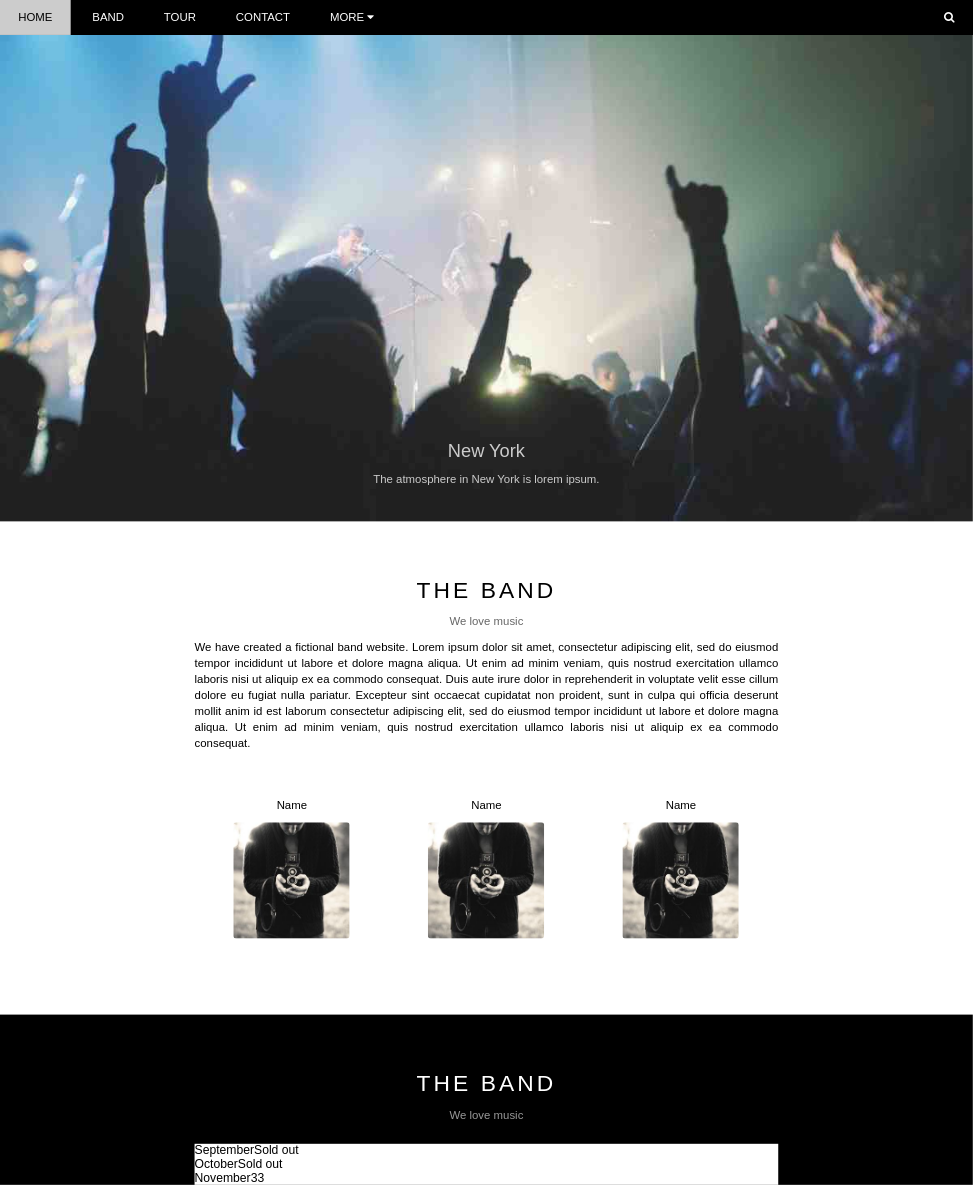
Repository: nguyenhoang2002062929/band
Page: index.html
An editor plug-in stored every save of this project. The page is shown before and after the next save, followed by the edit.
The browser window is 1280 px wide. The pictures show the whole page, at 76% of full size.

Above is the page before, as saved 2023-06-05 14:15:49.

After the next save:
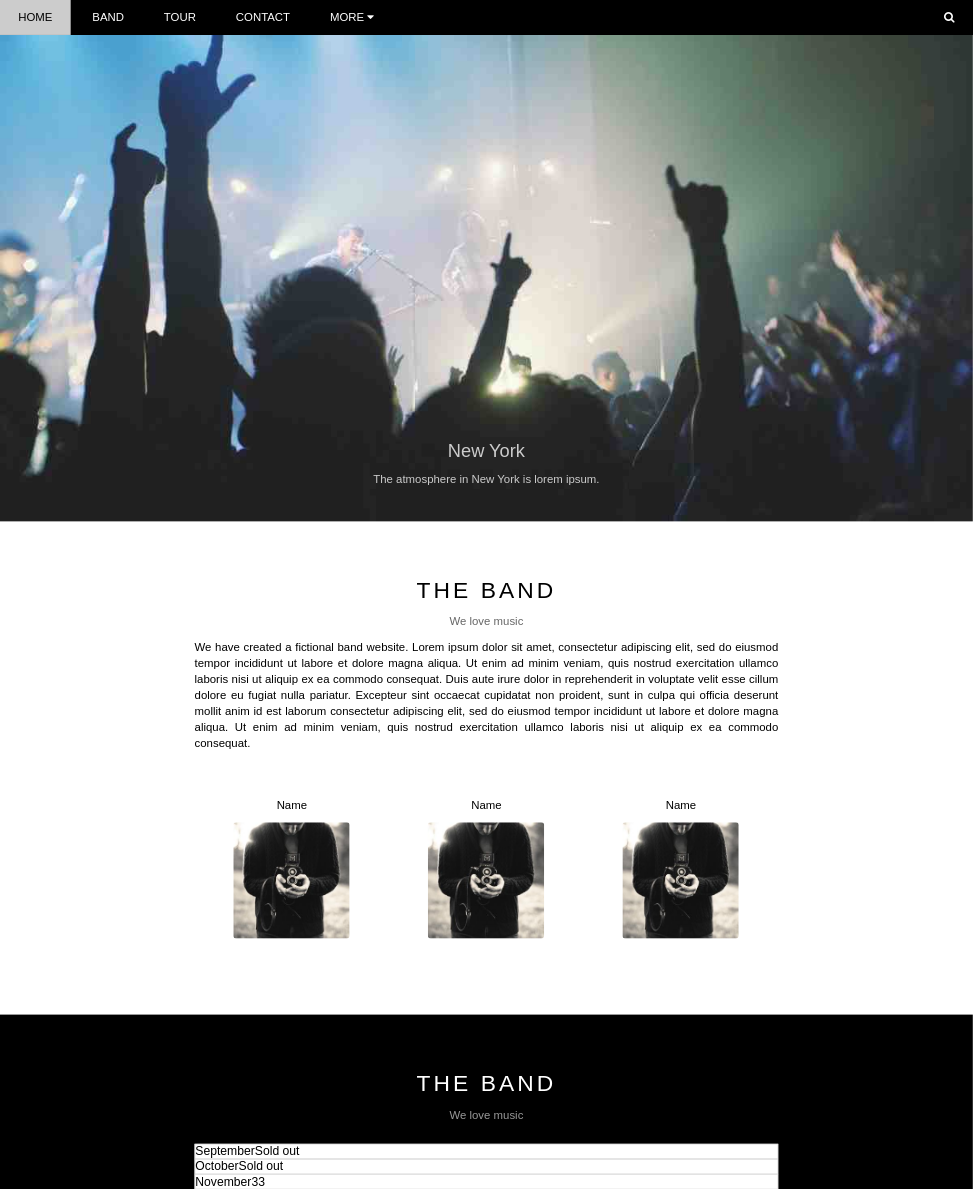
Saved 23 s later.
--- a/assets/css/style.css
+++ b/assets/css/style.css
@@ -156,3 +156,6 @@ cursor: pointer;
 .tickets{
     background-color: #fff;
 }
+.tickets li{
+    border: 1px solid #ddd;
+}
